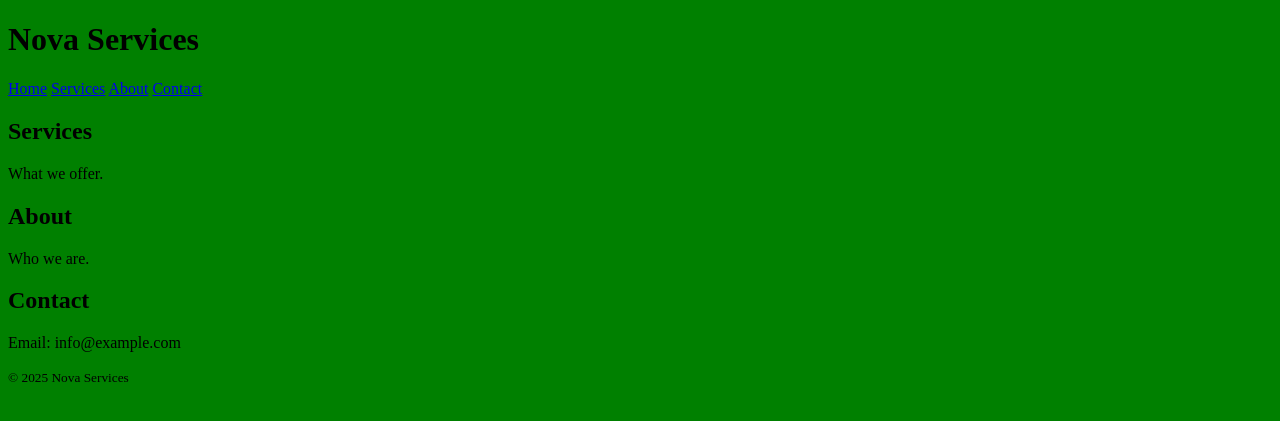
Repository: bbazimya/Nova-services
Page: index.html
The author's editor kept a copy of each file at every save. The page is drawn from the files as they stood at one save, then again after the next save.
The browser window is 1280 px wide. The pictures show the whole page.

Above is the page before, as saved 2025-09-10 12:18:07.

### index.html
<!doctype html>
<html lang="en">
<head>
  <meta charset="utf-8">
  <meta name="viewport" content="width=device-width, initial-scale=1">
  <title><h1><centre>Nova Services<centre></h1></title>
</head>
<body bgcolor="green">
  <header>
    <h1>Nova Services</h1>
    <nav>
      <a href="#home">Home</a>
      <a href="#services">Services</a>
      <a href="#about">About</a>
      <a href="#contact">Contact</a>
    </nav>
  </header>
  <main id="home">
    <section id="services"><h2>Services</h2><p>What we offer.</p></section>
    <section id="about"><h2>About</h2><p>Who we are.</p></section>
    <section id="contact"><h2>Contact</h2><p>Email: info@example.com</p></section>
  </main>
  <footer>
    <small>&copy; <time>2025</time> Nova Services</small>
  </footer>
</body>
</html>

After the next save:
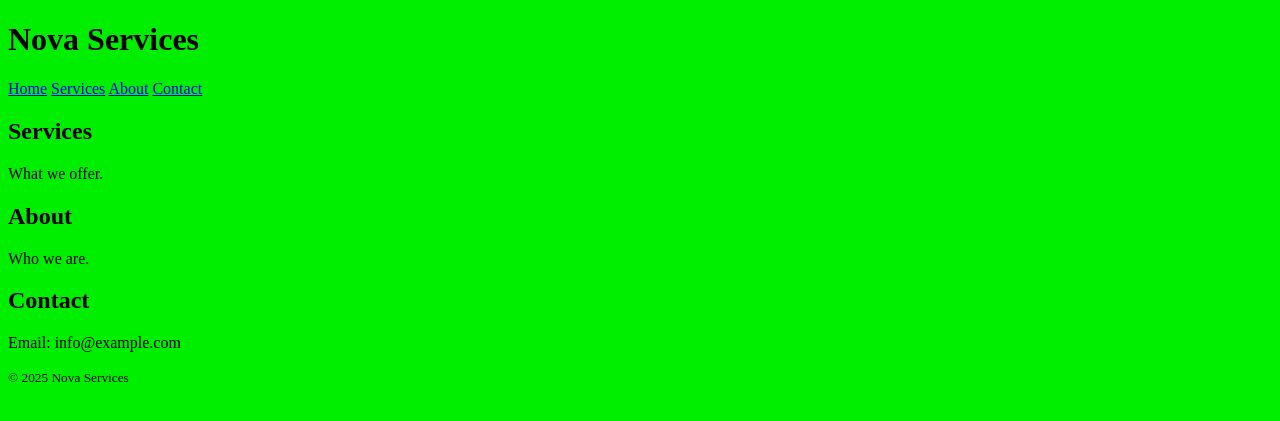
Saved 12 min 23 s later.
--- a/index.html
+++ b/index.html
@@ -5,7 +5,7 @@
   <meta name="viewport" content="width=device-width, initial-scale=1">
   <title><h1><centre>Nova Services<centre></h1></title>
 </head>
-<body bgcolor="green">
+<body bgcolor="ligreen">
   <header>
     <h1>Nova Services</h1>
     <nav>
